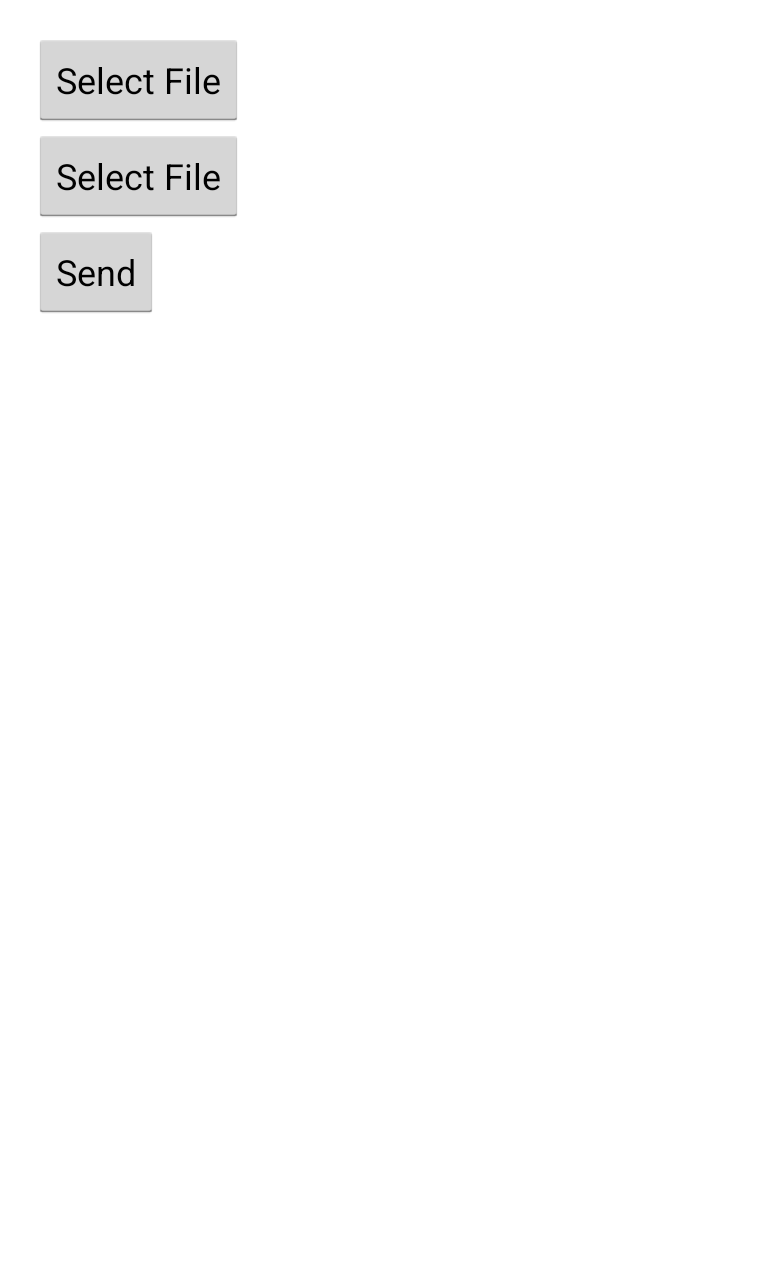
Repository: mossr/ocr_testing
Layout: sending_to_server/Photo2Server/res/layout/activity_main.xml
These files come from the project's save history. The layout is drawn as it stood at one moment and after the next save; the edit follows.
It is drawn on a 768 x 1280 px phone screen (xhdpi) without system bars, with theme AppTheme; the app's code is not run.

Above is the layout before, as saved 2014-01-15 03:11:52.

### sending_to_server/Photo2Server/res/layout/activity_main.xml
<RelativeLayout xmlns:android="http://schemas.android.com/apk/res/android"
    xmlns:tools="http://schemas.android.com/tools"
    android:layout_width="wrap_content"
    android:layout_height="wrap_content"
    android:paddingBottom="@dimen/activity_vertical_margin"
    android:paddingLeft="@dimen/activity_horizontal_margin"
    android:paddingRight="@dimen/activity_horizontal_margin"
    android:paddingTop="@dimen/activity_vertical_margin"
    tools:context=".MainActivity" >

    <TextView
        android:id="@+id/textView1"
        android:layout_height="wrap_content"
        android:layout_width="wrap_content" />

    <Button
        android:id="@+id/button1"
        android:layout_gravity="center"
        android:layout_height="wrap_content"
        android:layout_width="wrap_content"
        android:text="Select File" />

    <Button
        android:id="@+id/button2"
        android:layout_gravity="center"
        android:layout_height="wrap_content"
        android:layout_width="wrap_content"
        android:layout_below="@id/button1"
        android:text="Select File" />

    <Button
        android:id="@+id/button3"
        android:layout_gravity="center"
        android:layout_height="wrap_content"
        android:layout_width="wrap_content"
        android:layout_below="@id/button2"
        android:text="Send" />


</RelativeLayout>

Loaded but not shown: sending_to_server/Photo2Server/res/values/styles.xml (common file); sending_to_server/Photo2Server/res/values-v11/styles.xml (common file); sending_to_server/Photo2Server/res/values-v14/styles.xml (common file); sending_to_server/Photo2Server/res/values/dimens.xml (common file)

After the next save:
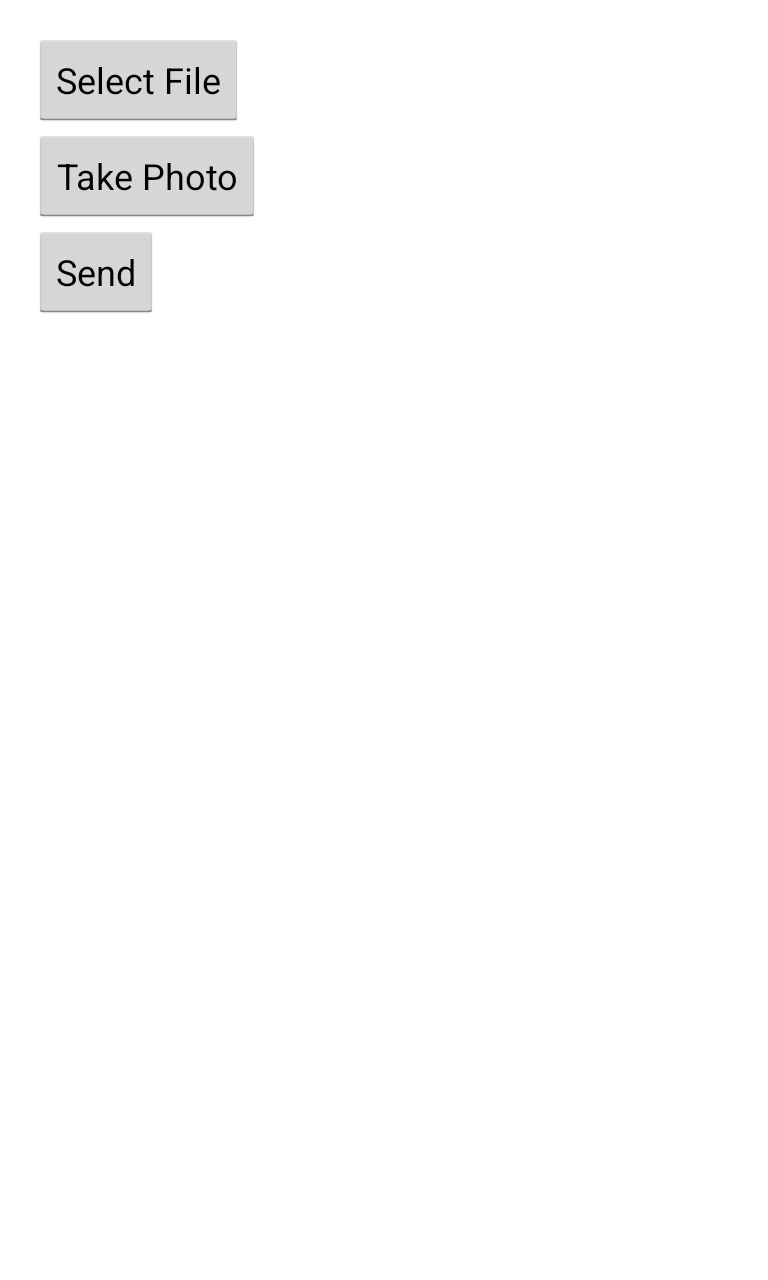
Saved 7 s later.
--- a/sending_to_server/Photo2Server/res/layout/activity_main.xml
+++ b/sending_to_server/Photo2Server/res/layout/activity_main.xml
@@ -26,7 +26,7 @@
         android:layout_height="wrap_content"
         android:layout_width="wrap_content"
         android:layout_below="@id/button1"
-        android:text="Select File" />
+        android:text="Take Photo" />
 
     <Button
         android:id="@+id/button3"
